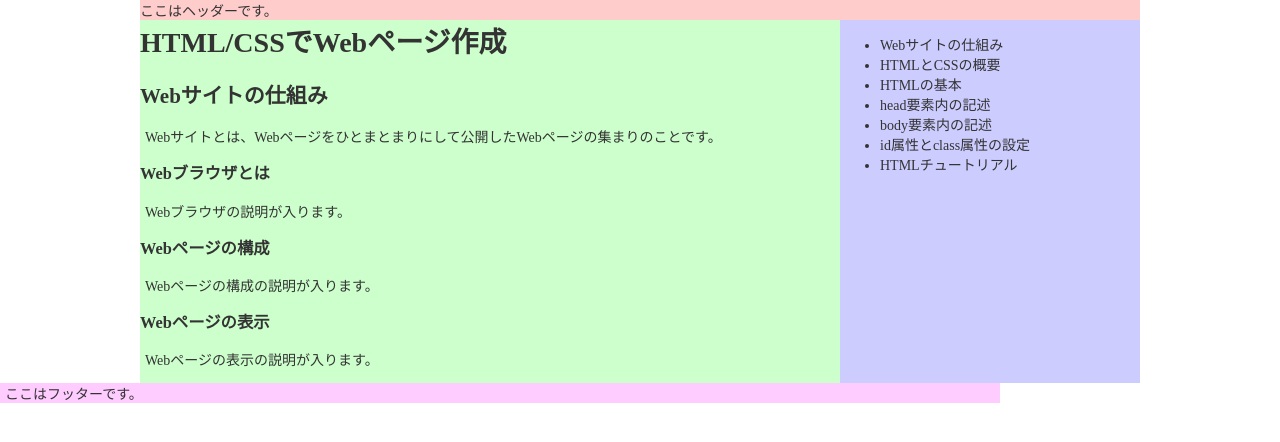
Repository: Naonaka-Saino/first-git
Page: lesson-htmlcss/kadai-html.html
The author's editor kept a record of every edit. The page is drawn from the files as they stood at one moment, then again after the next edit.
The browser window is 1280 px wide. The pictures show the whole page.

Above is the page before.

### lesson-htmlcss/kadai-html.html
<!DOCTYPE html>
<html lang="ja">
    <head>
        <meta charset="utf-8">
        <link rel="stylesheet" href="kadai-css.css">
        <title>HTML/CSSでWebページ作成</title>
    </head>
    <body>
        <header>
            <p>ここはヘッダーです。</p>
        </header>

        <div id="wrapper">
            <div id="main">
                <h1>HTML/CSSでWebページ作成</h1>
                    <h2>Webサイトの仕組み</h2>
                        <p>Webサイトとは、Webページをひとまとまりにして公開したWebページの集まりのことです。</p>
                        <h3>Webブラウザとは</h3>
                            <p>Webブラウザの説明が入ります。</p>
                        <h3>Webページの構成</h3>
                            <p>Webページの構成の説明が入ります。</p>
                        <h3>Webページの表示</h3>
                            <p>Webページの表示の説明が入ります。</p>
            </div>
            <!--mainここまで-->
            <nav id="menu">
                <ul>
                    <li>Webサイトの仕組み</li>
                    <li>HTMLとCSSの概要</li>
                    <li>HTMLの基本</li>
                    <li>head要素内の記述</li>
                    <li>body要素内の記述</li>
                    <li>id属性とclass属性の設定</li>
                    <li>HTMLチュートリアル</li>
                </ul>
            </nav>
        </div>
        <!--wraperここまで-->
        <footer>
            <p>ここはフッターです。</p>
        </footer>
    </body>
</html>

### lesson-htmlcss/kadai-css.css
@charset="UTf-8";

body{
    margin: 0;
    padding: 0;
    color: #333;
    font-size: 14px;
    font-family: "Hiragino Sans";
}

h1,h2,h3{
    margin-top:0;
}

p{
    margin-left:5px;
    margin-top: 0;
}

header{
    width:1000px;
    margin:0 auto;
    background-color:#ffcccc;
}

header p{
    margin:0;
}

#wrapper{
    width:1000px;
    margin:0 auto;
    display:flex;
}

#main{
    width:700px;
    background-color:#ccffcc;
}

#menu{
    width:300px;
    background-color:#ccccff;
}

footer{
    margin:0;
    width:1000px;
    background-color:#ffccff;
}

After the next edit:
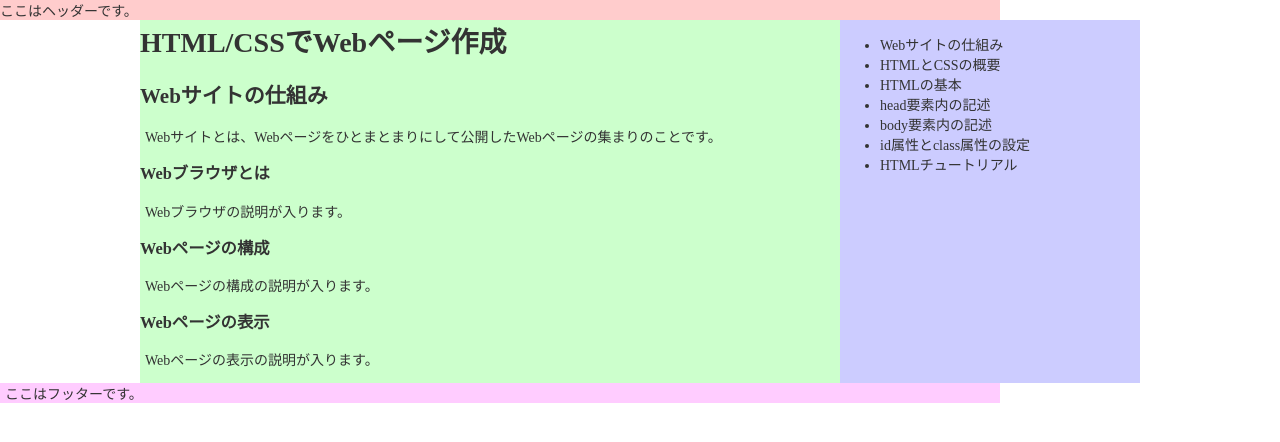
The edit:
--- a/lesson-htmlcss/kadai-css.css
+++ b/lesson-htmlcss/kadai-css.css
@@ -19,7 +19,7 @@
 
 header{
     width:1000px;
-    margin:0 auto;
+    margin:0;
     background-color:#ffcccc;
 }
 
